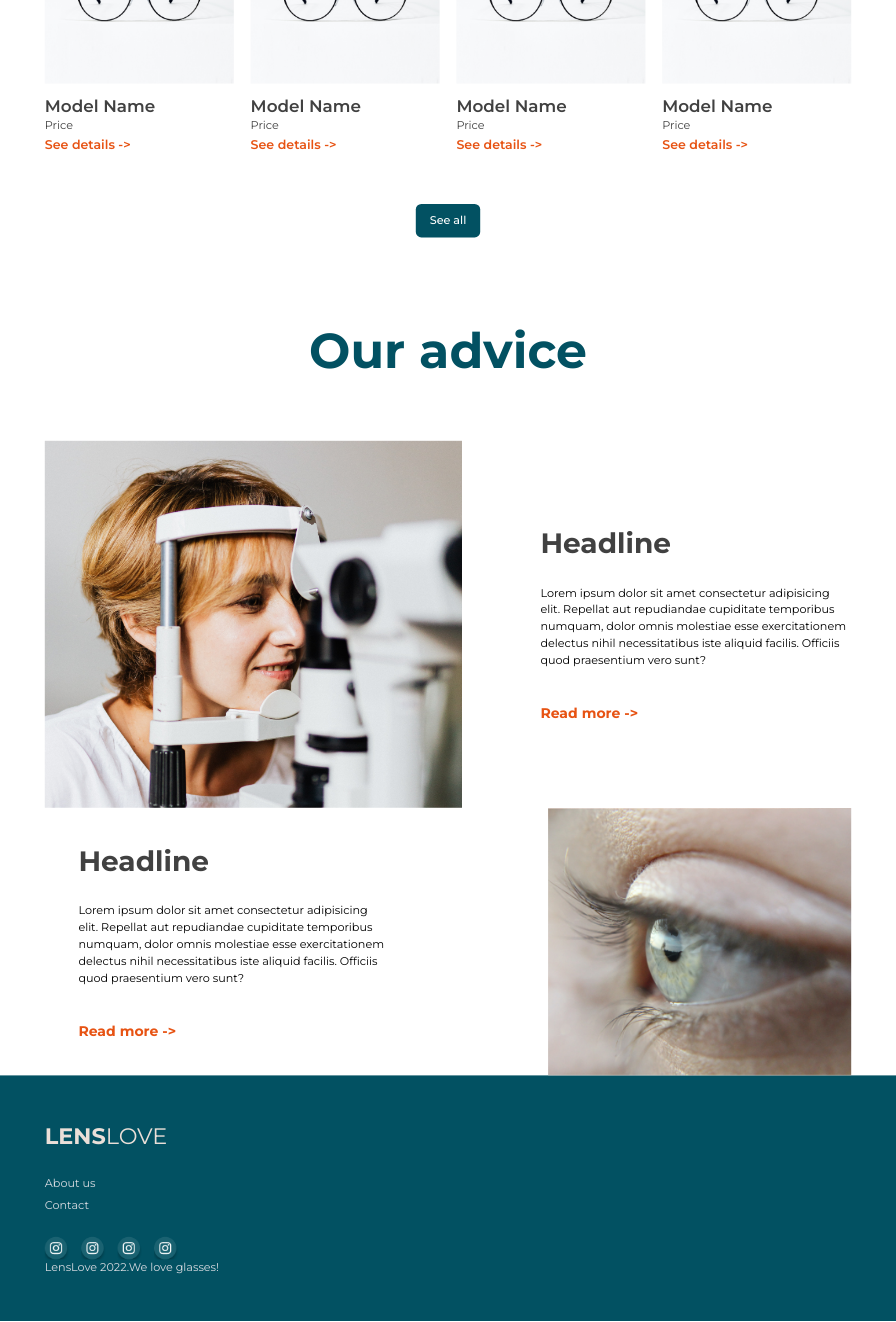
Repository: thienthanhvinh/glasses-react
Page: /
The author's editor kept a copy of each file at every save. The page is drawn from the files as they stood at one save, then again after the next save.
The browser window is 1280 px wide. The pictures show the part of the page from y = 3725 to 5645 px (the page is 5613 px tall before and 5645 px after), at 70% of full size.
The project was rebuilt for these pictures with package versions that can differ from the ones it lists, and the page was loaded fresh each time. Also part of the build but not shown: src/App.css, src/components/common/FormGroup.js, src/components/input/Input.js, src/components/label/Label.js, src/hooks/useDarkMode.js, src/layout/LayoutAuthentication.js, src/components/icons/IconEyeToggle.js, src/pages/SignInPage.js and 1 more.

Above is the page before, as saved 2023-02-13 10:21:52.

### public/index.html
<!DOCTYPE html>
<html lang="en">
  <head>
    <meta charset="utf-8" />
    <link rel="icon" href="%PUBLIC_URL%/favicon.ico" />
    <meta name="viewport" content="width=device-width, initial-scale=1" />
    <meta name="theme-color" content="#000000" />
    <meta
      name="description"
      content="Web site created using create-react-app"
    />
    <link rel="apple-touch-icon" href="%PUBLIC_URL%/logo192.png" />
    <!--
      manifest.json provides metadata used when your web app is installed on a
      user's mobile device or desktop. See https://developers.google.com/web/fundamentals/web-app-manifest/
    -->
    <link rel="manifest" href="%PUBLIC_URL%/manifest.json" />
    <!--
      Notice the use of %PUBLIC_URL% in the tags above.
      It will be replaced with the URL of the `public` folder during the build.
      Only files inside the `public` folder can be referenced from the HTML.

      Unlike "/favicon.ico" or "favicon.ico", "%PUBLIC_URL%/favicon.ico" will
      work correctly both with client-side routing and a non-root public URL.
      Learn how to configure a non-root public URL by running `npm run build`.
    -->
    <link href="https://fonts.googleapis.com/css2?family=Montserrat:wght@300;400;500;600;700&display=swap" rel="stylesheet">
    <title>React App</title>
  </head>
  <body>
    <noscript>You need to enable JavaScript to run this app.</noscript>
    <div id="root"></div>
    <!--
      This HTML file is a template.
      If you open it directly in the browser, you will see an empty page.

      You can add webfonts, meta tags, or analytics to this file.
      The build step will place the bundled scripts into the <body> tag.

      To begin the development, run `npm start` or `yarn start`.
      To create a production bundle, use `npm run build` or `yarn build`.
    -->
  </body>
</html>

### src/index.js
import React from 'react';
import ReactDOM from 'react-dom/client';
import './index.css';
import App from './App';
import reportWebVitals from './reportWebVitals';
import { BrowserRouter } from 'react-router-dom';
import { ToastContainer, toast } from 'react-toastify';
import 'react-toastify/dist/ReactToastify.css';

const root = ReactDOM.createRoot(document.getElementById('root'));
root.render(
  // <React.StrictMode>
  <BrowserRouter>
    <App />
    <ToastContainer></ToastContainer>
  </BrowserRouter>
  // </React.StrictMode>
);

// If you want to start measuring performance in your app, pass a function
// to log results (for example: reportWebVitals(console.log))
// or send to an analytics endpoint. Learn more: https://bit.ly/CRA-vitals
reportWebVitals();

### src/index.css
/* body {
  margin: 0;
  font-family: -apple-system, BlinkMacSystemFont, 'Segoe UI', 'Roboto', 'Oxygen',
    'Ubuntu', 'Cantarell', 'Fira Sans', 'Droid Sans', 'Helvetica Neue',
    sans-serif;
  -webkit-font-smoothing: antialiased;
  -moz-osx-font-smoothing: grayscale;
}

code {
  font-family: source-code-pro, Menlo, Monaco, Consolas, 'Courier New',
    monospace;
} */

@tailwind base;
@tailwind components;
@tailwind utilities;

body {
  font-family: 'Montserrat', sans-serif;
}
/* .darkmode-input:checked + div .darkmode-spinner {
  transform: translateX(33px);
} */
.active-light {
  transform: translateX(0px);
  transition: all 0.4s;
}
.active-dark {
  transform: translateX(33px);
  transition: all 0.4s;
}

/* .darkmode-input:checked + div {


} */

/* .darkmode-input:checked + div .darkmode-spinner {
  background-color: white;
} */

### src/App.js

import { Route, Routes } from 'react-router-dom';
import './App.css';
import HomePage from './pages/HomePage';
import SignInPage from './pages/SignInPage';
import SignUpPage from './pages/SignUpPage';

function App() {
  return (
    <Routes>
      <Route path='/sign-up' element={<SignUpPage></SignUpPage>}></Route>
      <Route path='/sign-in' element={<SignInPage></SignInPage>}></Route>
      <Route path='/' element={<HomePage></HomePage>}></Route>
    </Routes>
  );
}

export default App;

### src/pages/HomePage.js
import React, { Fragment } from "react";
import Category from "../components/category/Category";
import Heading from "../components/common/Heading";
import Intro from "../components/intro/Intro";
import SpringSales from "../components/sales/SpringSales";
import LayoutMenu from "../layout/LayoutMenu";
import GlassesGrid from "../modules/GlassesGrid";
import GlassesItem from "../modules/GlassesItem";
import { v4 } from "uuid";
import Button from "../components/button/Button";
import HeadLine from "../modules/HeadLine";
import LayoutFooter from "../layout/LayoutFooter";

const HomePage = () => {
  return (
    <Fragment>
      <LayoutMenu></LayoutMenu>
      <SpringSales></SpringSales>
      <Intro></Intro>
      <Category></Category>
      <Heading>Popular</Heading>
      <GlassesGrid>
        {Array(4)
          .fill(0)
          .map((item) => (
            <GlassesItem key={v4()}></GlassesItem>
          ))}
        {/* <GlassesItem></GlassesItem> */}
      </GlassesGrid>
      <div className="text-center mb-[140px]">
        <Button className="mt-[70px] px-5 py-2 rounded-[4px]">See all</Button>
      </div>
      <Heading>New</Heading>
      <GlassesGrid>
        {Array(4)
          .fill(0)
          .map((item) => (
            <GlassesItem key={v4()}></GlassesItem>
          ))}
      </GlassesGrid>
      <div className="text-center mb-[140px]">
        <Button className="mt-[70px] px-5 py-2 rounded-[4px]">See all</Button>
      </div>
      <Heading>Sunwear</Heading>
      <GlassesGrid>
        {Array(4)
          .fill(0)
          .map((item) => (
            <GlassesItem key={v4()}></GlassesItem>
          ))}
      </GlassesGrid>
      <div className="text-center mb-[112px]">
        <Button className="mt-[70px] px-5 py-2 rounded-[4px]">See all</Button>
      </div>
      <Heading className="mb-[80px]">Our advice</Heading>
      <HeadLine></HeadLine>
      <HeadLine type="secondary"></HeadLine>
      <LayoutFooter></LayoutFooter>
    </Fragment>
  );
};

export default HomePage;

### src/components/category/Category.js
import React from 'react';
import Button from '../button/Button';

const Category = () => {
    return (
        <div className='flex mb-[112px] mx-auto max-w-[1400px] w-full gap-x-2'>
            <div className='h-[596px] relative'>
                <img src="/category1.png" alt="" className='w-full h-full object-cover' />
                <div className='absolute bottom-24 left-14'>
                    <p className='font-extrabold text-[40px] leading-[98px] text-white'>Optical</p>
                    <Button className='bg-secondary text-primary rounded-[4px] px-6 py-2 font-bold text-lg leading-[30px]'>Buy</Button>
                </div>
            </div>
            <div className='h-[596px] relative'>
                <img src="/category2.png" alt="" className='w-full h-full object-cover' />
                <div className='absolute bottom-24 left-14'>
                    <p className='font-extrabold text-[40px] leading-[98px] text-white'>Sunwear</p>
                    <Button className='bg-secondary text-primary rounded-[4px] px-6 py-2 font-bold text-lg leading-[30px]'>Buy</Button>
                </div>
            </div>
        </div>
    );
};

export default Category;

### src/components/common/Heading.js
import React from 'react';

const Heading = ({children, className = ''}) => {
    return (
        <h2 className={`font-extrabold text-[70px] leading-[98px] text-center text-primary mb-[70px] ${className}`}>
            {children}
        </h2>
    );
};
export default Heading;

### src/components/intro/Intro.js
import React from 'react';

const Intro = () => {
    return (
        <div className='flex items-center justify-center gap-x-[300px] mt-[64px] mb-[110px]'>
            <div className='flex flex-col items-center'>
                <img srcSet="/Icon1.png 2x" alt="" className='w-[80px] h-[80px] object-cover' />
                <p className='text-tertiary text-xl leading-[30px] font-bold'>Original products</p>
            </div>
            <div className='flex flex-col items-center'>
                <img srcSet="/Icon2.png 2x" alt="" className='w-[80px] h-[80px] object-cover' />
                <p className='text-tertiary text-xl leading-[30px] font-bold'>Original products</p>
            </div>
            <div className='flex flex-col items-center'>
                <img srcSet="/Icon3.png 2x" alt="" className='w-[80px] h-[80px] object-cover' />
                <p className='text-tertiary text-xl leading-[30px] font-bold'>Original products</p>
            </div>
        </div>
    );
};

export default Intro;

### src/components/sales/SpringSales.js
import React from 'react';
import Button from '../button/Button';

const SpringSales = () => {
    return (
        <div className='bg-secondary h-[700px] w-full flex items-center justify-between'>
            <div className='ml-[112px]'>
                <h2 className='text-primary text-[70px] font-extrabold leading-[98px]'>Spring Sale</h2>
                <p className='text-primary text-[50px] font-medium leading-[68px] mb-[48px]'>Up to -40%</p>
                <Button className='text-white bg-primary rounded-lg px-8 py-2 text-lg'>See offer</Button>
            </div>
            <div className='h-[700px]'>
                <img src="/photo1.png" alt="" className='w-full h-auto object-cover' />
            </div>
        </div>
    );
};

export default SpringSales;

### src/layout/LayoutMenu.js
import React from "react";
import { Link } from "react-router-dom";
import Navbar from "../components/navbar/Navbar";

const LayoutMenu = () => {
  return (
    <div className="py-10 px-16">
      <div className="flex items-center justify-between mb-14">
        <img src="/logo.png" alt="" className="w-[140px] h-auto object-cover" />
        <div className="flex gap-x-5 text-secondary-3 text-[15px] font-medium">
            <span>0371 525 777</span>
            <Link to="/">Help</Link>
            <Link to="/sign-in">Account</Link>
        </div>
      </div>
      <Navbar></Navbar>
    </div>
  );
};

export default LayoutMenu;

### src/modules/GlassesGrid.js
import React from 'react';

const GlassesGrid = ({children, className = ''}) => {
    return (
        <div className={`grid grid-cols-4 gap-x-6 px-16 ${className}`}>
            {children}
        </div>
    );
};

export default GlassesGrid;

### src/modules/GlassesItem.js
import React from "react";

const GlassesItem = () => {
  return (
    <div className="flex flex-col">
      <div className="h-[250px] mb-4">
        <img src="/glasses.png" alt="" className="w-full h-full object-cover" />
      </div>
      <p className="text-secondary-3 font-semibold text-2xl">Model Name</p>
      <p className="font-normal text-secondary-3">Price</p>
      <p className="font-semibold text-lg leading-[30px] text-tertiary">
        See details ->
      </p>
    </div>
  );
};

export default GlassesItem;

### src/components/button/Button.js
import React from 'react';

const Button = ({type, children, className=''}) => {
    return (
        <button type='submit' className={`bg-primary text-white ${className} rounded-lg px-3 py-3 font-medium`}>
            {children}
        </button>
    );
};

export default Button;

### src/modules/HeadLine.js
import React from "react";
import HeadlineImage from "./HeadlineImage";
import HeadlineContent from "./HeadlineContent";

const HeadLine = ({type = "default"}) => {
    if(type === "default") {
        return (
            <div className="w-full flex items-center gap-x-[112px] px-16">
              <HeadlineImage></HeadlineImage>
              <HeadlineContent></HeadlineContent>
            </div>
          );
    } else {
        return (
            <div className="w-full flex items-center gap-x-[227px] px-16">
              <HeadlineContent className="ml-[48px]"></HeadlineContent>
              <HeadlineImage src="headline2.png" className=""></HeadlineImage>
            </div>
          );
    }

};

export default HeadLine;

### src/layout/LayoutFooter.js
import React from 'react';
import { Link } from 'react-router-dom';

const LayoutFooter = () => {
    return (
        <div className='bg-primary flex px-16 py-16 text-gray-white'>
            <div className='flex flex-col'>
                <h2 className='text-secondary font-extrabold text-[32px] leading-[46px] mb-8'>LENS<span className='font-normal'>LOVE</span></h2>
                <Link to="/about" className='mb-2'>About us</Link>
                <Link to="contact" className='mb-8'>Contact</Link>
                <div className='flex gap-x-4'>
                    <span><img src="/Instagram.png" alt="" /></span>
                    <span><img src="/Instagram.png" alt="" /></span>
                    <span><img src="/Instagram.png" alt="" /></span>
                    <span><img src="/Instagram.png" alt="" /></span>
                </div>
                <p>LensLove 2022.We love glasses!</p>
            </div>
            <div></div>
        </div>
    );
};

export default LayoutFooter;

### src/components/navbar/Navbar.js
import React from "react";
import { Link } from "react-router-dom";

const Navbar = () => {
  return (
    <div className="flex">
      <ul className="flex text-sm font-semibold gap-x-8">
        <li>
          <Link to="/">Shops</Link>
        </li>
        <li>
          <Link to="/">Offers</Link>
        </li>
        <li>
          <Link to="/">Warranty</Link>
        </li>
        <li>
          <Link to="/">Medical</Link>
        </li>
        <li>
          <Link to="/">Info</Link>
        </li>
        <li>
          <Link to="/">Blog</Link>
        </li>
        <li>
          <Link to="/">About us</Link>
        </li>
        <li>
          <Link to="/">Contact</Link>
        </li>
      </ul>
      <div className="ml-auto flex items-center gap-x-8">
        <div className="flex gap-x-[6px] items-center">
          <svg
            width={18}
            height={17}
            viewBox="0 0 18 17"
            fill="none"
            xmlns="http://www.w3.org/2000/svg"
          >
            <path
              d="M17.153 15.747L12.8535 11.5161C13.9794 10.2929 14.6712 8.67509 14.6712 6.89489C14.6707 3.0867 11.534 0 7.66437 0C3.79477 0 0.658081 3.0867 0.658081 6.89489C0.658081 10.7031 3.79477 13.7898 7.66437 13.7898C9.3363 13.7898 10.8698 13.2115 12.0743 12.2501L16.3905 16.4976C16.6008 16.7047 16.9422 16.7047 17.1525 16.4976C17.3633 16.2904 17.3633 15.9541 17.153 15.747ZM7.66437 12.729C4.39027 12.729 1.7361 10.117 1.7361 6.89489C1.7361 3.67281 4.39027 1.06082 7.66437 1.06082C10.9385 1.06082 13.5926 3.67281 13.5926 6.89489C13.5926 10.117 10.9385 12.729 7.66437 12.729Z"
              fill="#414141"
            />
          </svg>
          <span className="text-sm font-semibold">Search</span>
        </div>
        <span>
          <svg
            width="19"
            height="17"
            viewBox="0 0 19 17"
            fill="none"
            xmlns="http://www.w3.org/2000/svg"
          >
            <path
              d="M2.14414 8.80841C0.111678 6.47788 0.614575 3.72661 2.23686 2.03652C3.85628 0.349414 6.5587 -0.245866 8.98238 1.79479L8.98243 1.79483C9.37299 2.12358 9.93842 2.1081 10.3148 1.781L10.3148 1.78097C12.5442 -0.15713 15.2905 0.329246 16.9821 1.956C17.8273 2.76872 18.3905 3.85299 18.4856 5.03784C18.5799 6.21232 18.2175 7.5254 17.1436 8.81679L10.2601 16.0112C9.92623 16.3602 9.36908 16.3602 9.03526 16.0113L2.14414 8.80841Z"
              stroke="#414141"
            />
          </svg>
        </span>
        <span>
          <svg
            width="17"
            height="18"
            viewBox="0 0 17 18"
            fill="none"
            xmlns="http://www.w3.org/2000/svg"
          >
            <path
              d="M0.672966 15.0244L1.47201 5.03632H10.653L11.452 15.0244C11.5228 15.9093 10.8238 16.6665 9.93602 16.6665H2.18895C1.30121 16.6665 0.602173 15.9093 0.672966 15.0244Z"
              stroke="#414141"
              stroke-linecap="round"
              stroke-linejoin="round"
            />
            <path
              d="M3.58252 7.56769V3.52604C3.58252 2.68402 4.08773 1 6.10856 1C8.12938 1 8.63459 2.68402 8.63459 3.52604V7.56769"
              stroke="#414141"
              stroke-linecap="round"
              stroke-linejoin="round"
            />
            <rect x="6" y="9" width="11" height="8" rx="4" fill="#414141" />
            <path
              d="M11.8424 15.084C11.5568 15.084 11.3048 15.0233 11.0864 14.902C10.868 14.7788 10.6972 14.608 10.574 14.3896C10.4527 14.1712 10.392 13.9192 10.392 13.6336V12.3344C10.392 12.0488 10.4527 11.7968 10.574 11.5784C10.6972 11.36 10.868 11.1901 11.0864 11.0688C11.3048 10.9456 11.5568 10.884 11.8424 10.884C12.128 10.884 12.3791 10.9456 12.5956 11.0688C12.814 11.1901 12.9848 11.36 13.108 11.5784C13.2312 11.7968 13.2928 12.0488 13.2928 12.3344V13.6336C13.2928 13.9192 13.2312 14.1712 13.108 14.3896C12.9848 14.608 12.814 14.7788 12.5956 14.902C12.3791 15.0233 12.128 15.084 11.8424 15.084ZM11.8424 14.4428C11.9843 14.4428 12.1131 14.4092 12.2288 14.342C12.3445 14.2729 12.436 14.1815 12.5032 14.0676C12.5704 13.9519 12.604 13.8231 12.604 13.6812V12.284C12.604 12.1403 12.5704 12.0115 12.5032 11.8976C12.436 11.7819 12.3445 11.6904 12.2288 11.6232C12.1131 11.5541 11.9843 11.5196 11.8424 11.5196C11.7005 11.5196 11.5717 11.5541 11.456 11.6232C11.3403 11.6904 11.2488 11.7819 11.1816 11.8976C11.1144 12.0115 11.0808 12.1403 11.0808 12.284V13.6812C11.0808 13.8231 11.1144 13.9519 11.1816 14.0676C11.2488 14.1815 11.3403 14.2729 11.456 14.342C11.5717 14.4092 11.7005 14.4428 11.8424 14.4428Z"
              fill="white"
            />
          </svg>
        </span>
      </div>
    </div>
  );
};

export default Navbar;

### src/modules/HeadlineImage.js
import React from 'react';

const HeadlineImage = ({className= '', src = "/headline1.png"}) => {
    return (
        <div className={className}>
             <img src={src} alt="" />
        </div>
    );
};

export default HeadlineImage;

### src/modules/HeadlineContent.js
import React from "react";

const HeadlineContent = ({className = ''}) => {
  return (
    <div className={className}>
      <h2 className="text-secondary-3 font-extrabold text-[40px] leading-[54px] mb-8">
        Headline
      </h2>
      <p className="w-[444px] mb-[48px]">
        Lorem ipsum dolor sit amet consectetur adipisicing elit. Repellat aut
        repudiandae cupiditate temporibus numquam, dolor omnis molestiae esse
        exercitationem delectus nihil necessitatibus iste aliquid facilis.
        Officiis quod praesentium vero sunt?
      </p>
      <p className="text-tertiary text-xl font-bold leading-[30px]">
        Read more ->
      </p>
    </div>
  );
};

export default HeadlineContent;

### tailwind.config.js
/** @type {import('tailwindcss').Config} */
module.exports = {
  content: [
    "./src/**/*.{js,jsx,ts,tsx}",
  ],
  darkMode: 'class',
  theme: {
    extend: {
      colors: {
        'color-1': "#808191",
        'color-2': "#2d3436",
        'primary' : '#025162',
        'secondary': '#EADFD8',
        'secondary-3': '#414141',
        'tertiary' : '#E75313',
        'lens': '#D4E1F4',
        'gray-white': '#D9DBE1',
        'dark-text-primary': '#dfe6e9',
        'dark-color' : '#4e4f50',
        'dark-secon-color': '#2d3436',
        'dark-third-color': '#3a3a3a',
        'dark-four-color' : '#242526',
        'dark-five-color' : '#3A3A3A',

      }
    },
  },
  plugins: [],
}

Loaded but not shown: src/reportWebVitals.js (common file)

After the next save:
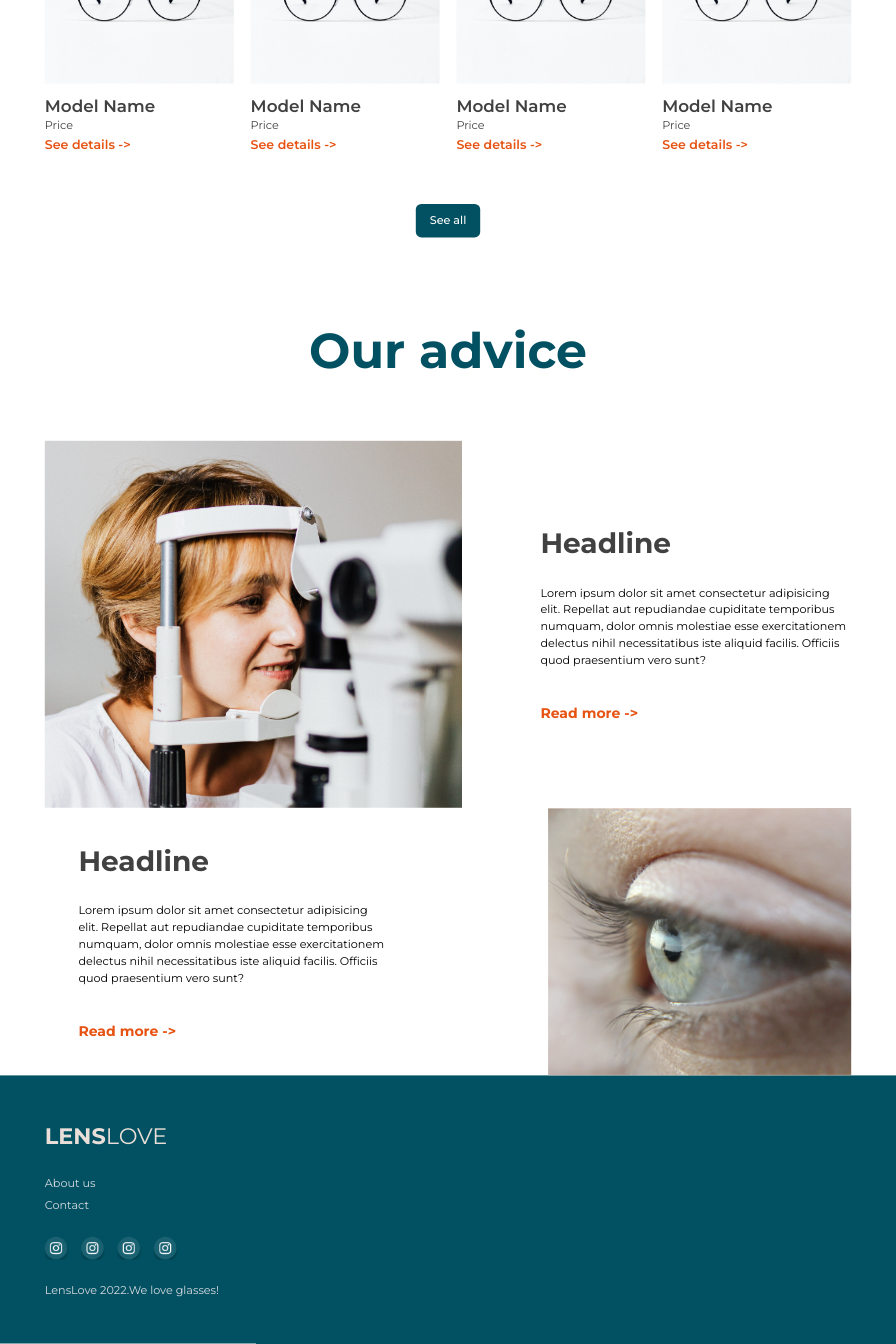
Saved 16 s later.
--- a/src/layout/LayoutFooter.js
+++ b/src/layout/LayoutFooter.js
@@ -8,7 +8,7 @@ const LayoutFooter = () => {
                 <h2 className='text-secondary font-extrabold text-[32px] leading-[46px] mb-8'>LENS<span className='font-normal'>LOVE</span></h2>
                 <Link to="/about" className='mb-2'>About us</Link>
                 <Link to="contact" className='mb-8'>Contact</Link>
-                <div className='flex gap-x-4'>
+                <div className='flex gap-x-4 mb-8'>
                     <span><img src="/Instagram.png" alt="" /></span>
                     <span><img src="/Instagram.png" alt="" /></span>
                     <span><img src="/Instagram.png" alt="" /></span>
